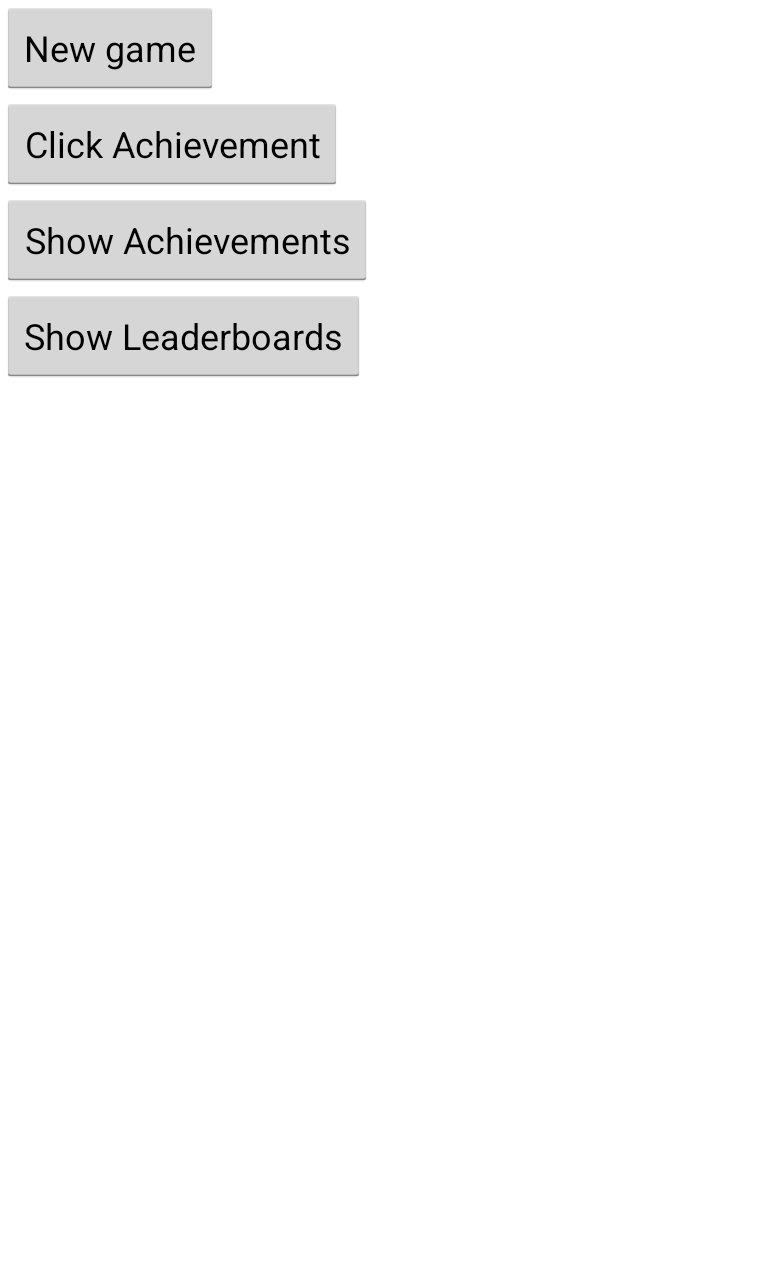
Repository: wassil/googleGamesTest
Layout: TicTacToe/res/layout/fragment_main_menu.xml
An editor plug-in stored every save of this project. The layout is shown before and after the next save, followed by the edit.
It is drawn on a 768 x 1280 px phone screen (xhdpi) without system bars, with theme AppTheme; the app's code is not run.

Above is the layout before, as saved 2014-03-31 23:59:26.

### TicTacToe/res/layout/fragment_main_menu.xml
<?xml version="1.0" encoding="utf-8"?>
<LinearLayout xmlns:android="http://schemas.android.com/apk/res/android"
    android:layout_width="match_parent"
    android:layout_height="match_parent"
    android:orientation="vertical"
    android:layout_gravity="center">"

    <Button
        android:id="@+id/buttonNewGame"
        android:layout_width="wrap_content"
        android:layout_height="wrap_content"
        android:text="New game" />

    <Button
        android:id="@+id/buttonClickAchievement"
        android:layout_width="wrap_content"
        android:layout_height="wrap_content"
        android:text="Click Achievement" />

    <Button
        android:id="@+id/buttonShowAchievements"
        android:layout_width="wrap_content"
        android:layout_height="wrap_content"
        android:text="Show Achievements" />

    <Button
        android:id="@+id/buttonShowLeaderboards"
        android:layout_width="wrap_content"
        android:layout_height="wrap_content"
        android:text="Show Leaderboards" />

</LinearLayout>

Loaded but not shown: TicTacToe/res/values/styles.xml (common file); TicTacToe/res/values-v11/styles.xml (common file); TicTacToe/res/values-v14/styles.xml (common file)

After the next save:
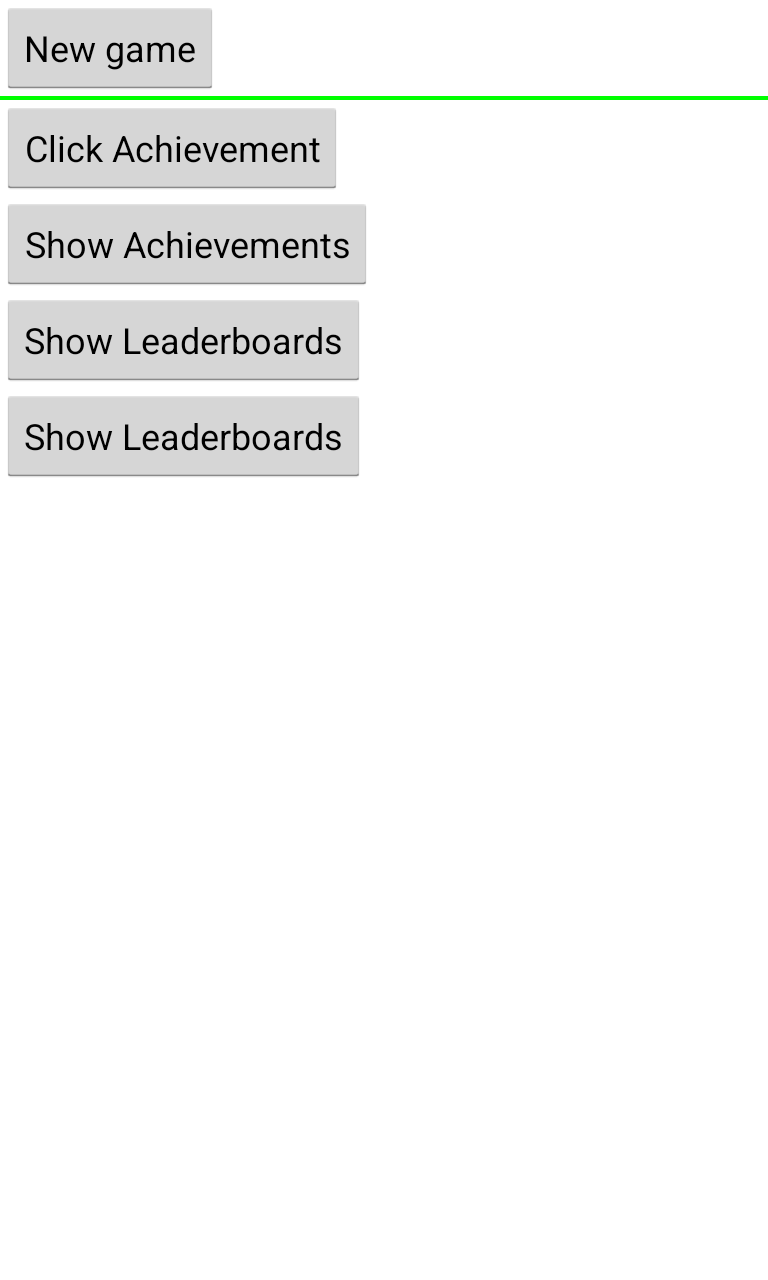
Saved 2 min 44 s later.
--- a/TicTacToe/res/layout/fragment_main_menu.xml
+++ b/TicTacToe/res/layout/fragment_main_menu.xml
@@ -10,7 +10,10 @@
         android:layout_width="wrap_content"
         android:layout_height="wrap_content"
         android:text="New game" />
-
+	<View
+    	android:layout_width="fill_parent"
+		android:layout_height="2dip"
+		android:background="#FF00FF00" />
     <Button
         android:id="@+id/buttonClickAchievement"
         android:layout_width="wrap_content"
@@ -23,7 +26,13 @@
         android:layout_height="wrap_content"
         android:text="Show Achievements" />
 
-    <Button
+	<Button
+        android:id="@+id/buttonShowLeaderboards"
+        android:layout_width="wrap_content"
+        android:layout_height="wrap_content"
+        android:text="Show Leaderboards" />
+
+	<Button
         android:id="@+id/buttonShowLeaderboards"
         android:layout_width="wrap_content"
         android:layout_height="wrap_content"
